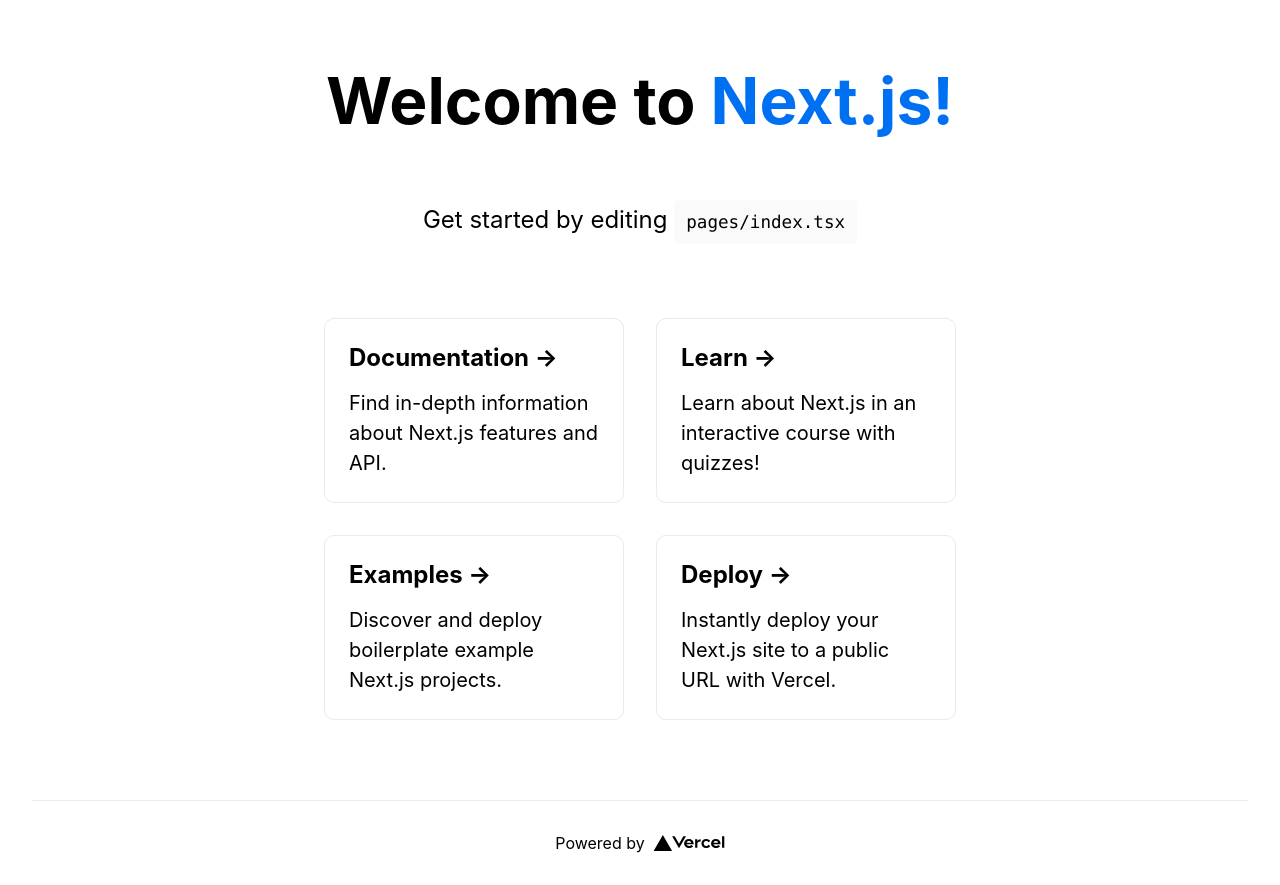
Repository: ChakmaSajib/sajibchakma
Page: /
An editor plug-in stored every save of this project. The page is shown before and after the next save, followed by the edit.
The browser window is 1280 px wide. The pictures show the whole page.
The project was rebuilt for these pictures with package versions that can differ from the ones it lists, and the page was loaded fresh each time. The framework's server and built-in components were replaced by stand-ins that run in the browser. Also part of the build but not shown: next.config.js.

Above is the page before, as saved 2022-08-28 20:59:26.

### pages/index.tsx
import type { NextPage } from 'next'
import Head from 'next/head'
import Image from 'next/image'
import styles from '../styles/Home.module.css'

const Home: NextPage = () => {
  return (
    <div className={styles.container}>
      <Head>
        <title>Sajib Chakma personal website</title>
        <meta name="description" content="Sajib Chakma personal website" />
      </Head>

      <main className={styles.main}>
        <h1 className={styles.title}>
          Welcome to <a href="https://nextjs.org">Next.js!</a>
        </h1>

        <p className={styles.description}>
          Get started by editing{' '}
          <code className={styles.code}>pages/index.tsx</code>
        </p>

        <div className={styles.grid}>
          <a href="https://nextjs.org/docs" className={styles.card}>
            <h2>Documentation &rarr;</h2>
            <p>Find in-depth information about Next.js features and API.</p>
          </a>

          <a href="https://nextjs.org/learn" className={styles.card}>
            <h2>Learn &rarr;</h2>
            <p>Learn about Next.js in an interactive course with quizzes!</p>
          </a>

          <a
            href="https://github.com/vercel/next.js/tree/canary/examples"
            className={styles.card}
          >
            <h2>Examples &rarr;</h2>
            <p>Discover and deploy boilerplate example Next.js projects.</p>
          </a>

          <a
            href="https://vercel.com/new?utm_source=create-next-app&utm_medium=default-template&utm_campaign=create-next-app"
            className={styles.card}
          >
            <h2>Deploy &rarr;</h2>
            <p>
              Instantly deploy your Next.js site to a public URL with Vercel.
            </p>
          </a>
        </div>
      </main>

      <footer className={styles.footer}>
        <a
          href="https://vercel.com?utm_source=create-next-app&utm_medium=default-template&utm_campaign=create-next-app"
          target="_blank"
          rel="noopener noreferrer"
        >
          Powered by{' '}
          <span className={styles.logo}>
            <Image src="/vercel.svg" alt="Vercel Logo" width={72} height={16} />
          </span>
        </a>
      </footer>
    </div>
  )
}

export default Home

Loaded but not shown: pages/_app.tsx (common file); styles/globals.css (common file); styles/Home.module.css (common file)

After the next save:
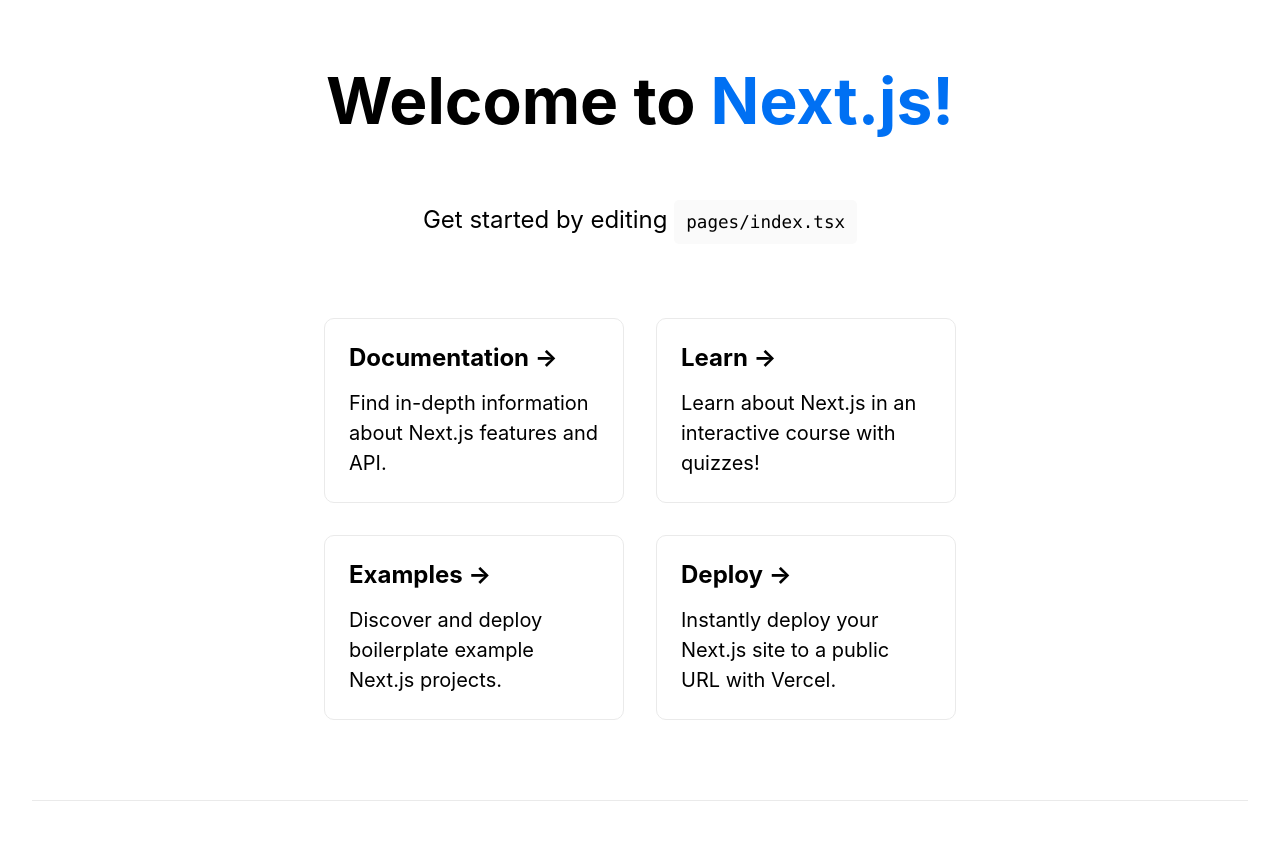
Saved 103 s later.
--- a/pages/index.tsx
+++ b/pages/index.tsx
@@ -53,16 +53,6 @@
       </main>
 
       <footer className={styles.footer}>
-        <a
-          href="https://vercel.com?utm_source=create-next-app&utm_medium=default-template&utm_campaign=create-next-app"
-          target="_blank"
-          rel="noopener noreferrer"
-        >
-          Powered by{' '}
-          <span className={styles.logo}>
-            <Image src="/vercel.svg" alt="Vercel Logo" width={72} height={16} />
-          </span>
-        </a>
       </footer>
     </div>
   )
